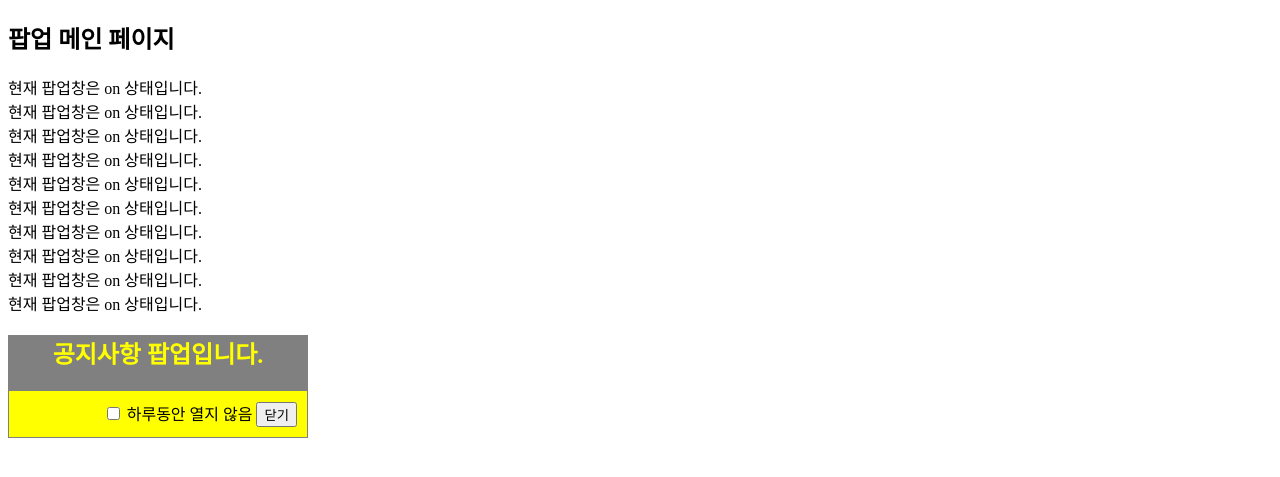
Repository: Motibidu/JSP_Servlet
Page: http://localhost/MushHaveJsp/04Cookie/PopupMain.jsp
These files come from the project's save history. The page is drawn as it stood at one moment and after the next save; the edit follows.
The browser window is 1280 px wide. The pictures show the whole page.
The page is served by Tomcat 10.

Above is the page before, as saved 2025-05-07 05:56:10.
Console error: SyntaxError: missing ) after argument list

After the next save:
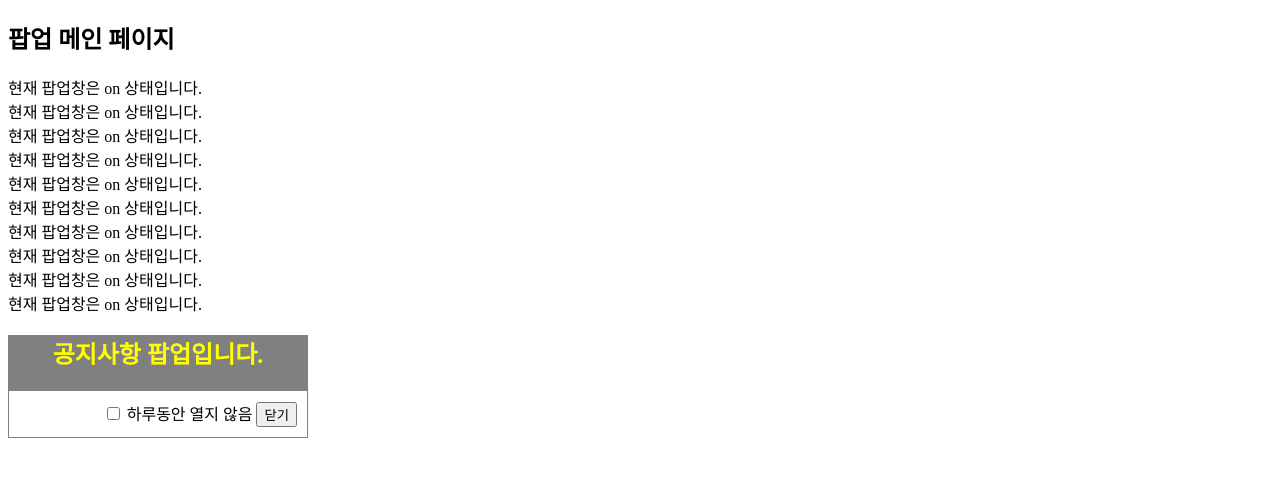
Saved 9 s later.
--- a/MushHaveJsp/src/main/webapp/04Cookie/PopupMain.jsp
+++ b/MushHaveJsp/src/main/webapp/04Cookie/PopupMain.jsp
@@ -53,7 +53,7 @@ div#popup {
 
 div#popup>div {
 	position: relative;
-	background-color: yellow;
+	background-color: #ffffff;
 	top: 0px;
 	border: 1px solid gray;
 	padding: 10px;
